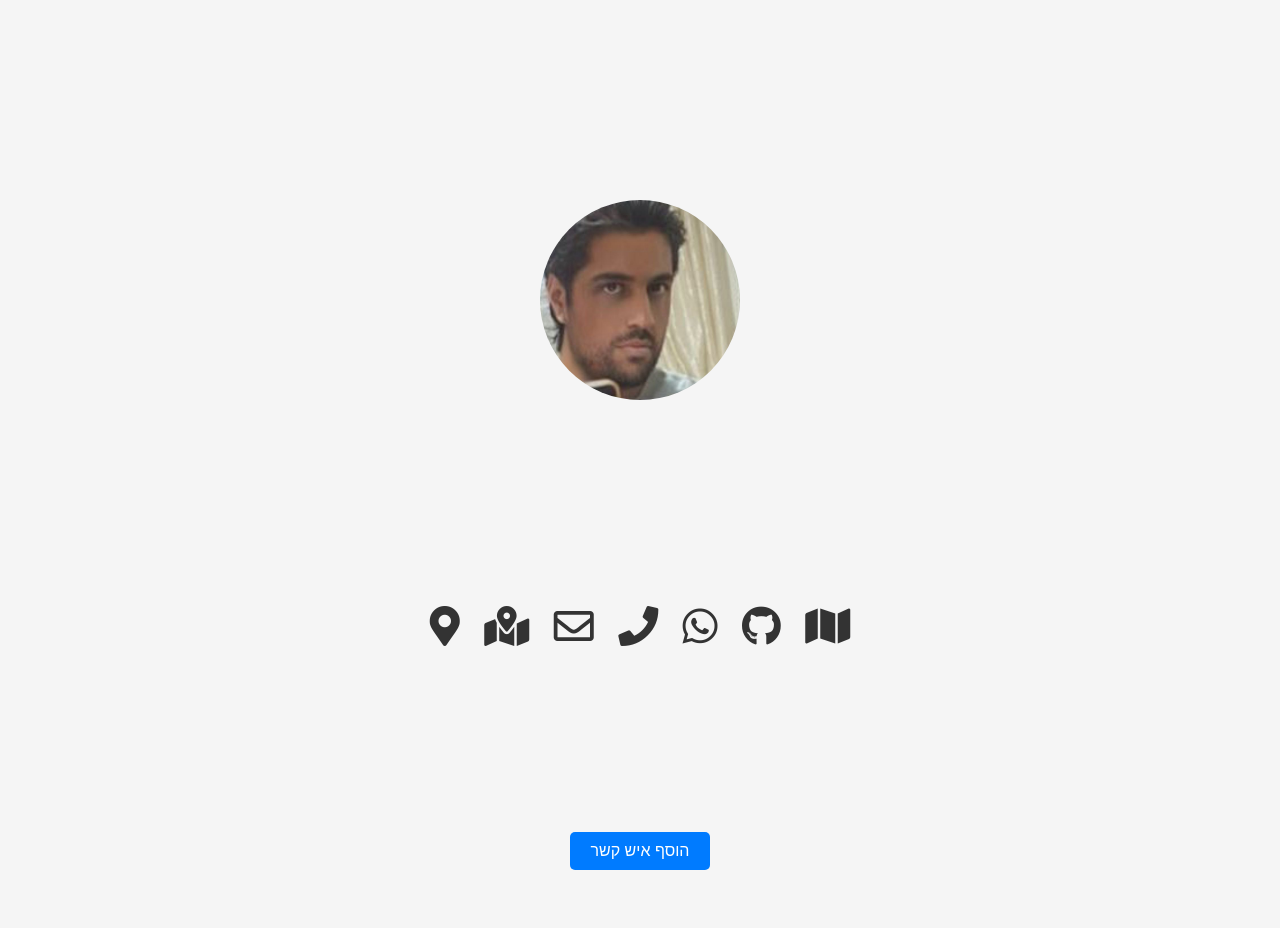
Repository: RL20/Business-Card
Page: index.html
The author's editor kept a copy of each file at every save. The page is drawn from the files as they stood at one save, then again after the next save.
The browser window is 1280 px wide. The pictures show the whole page.

Above is the page before, as saved 2024-05-15 03:33:18.

After the next save:
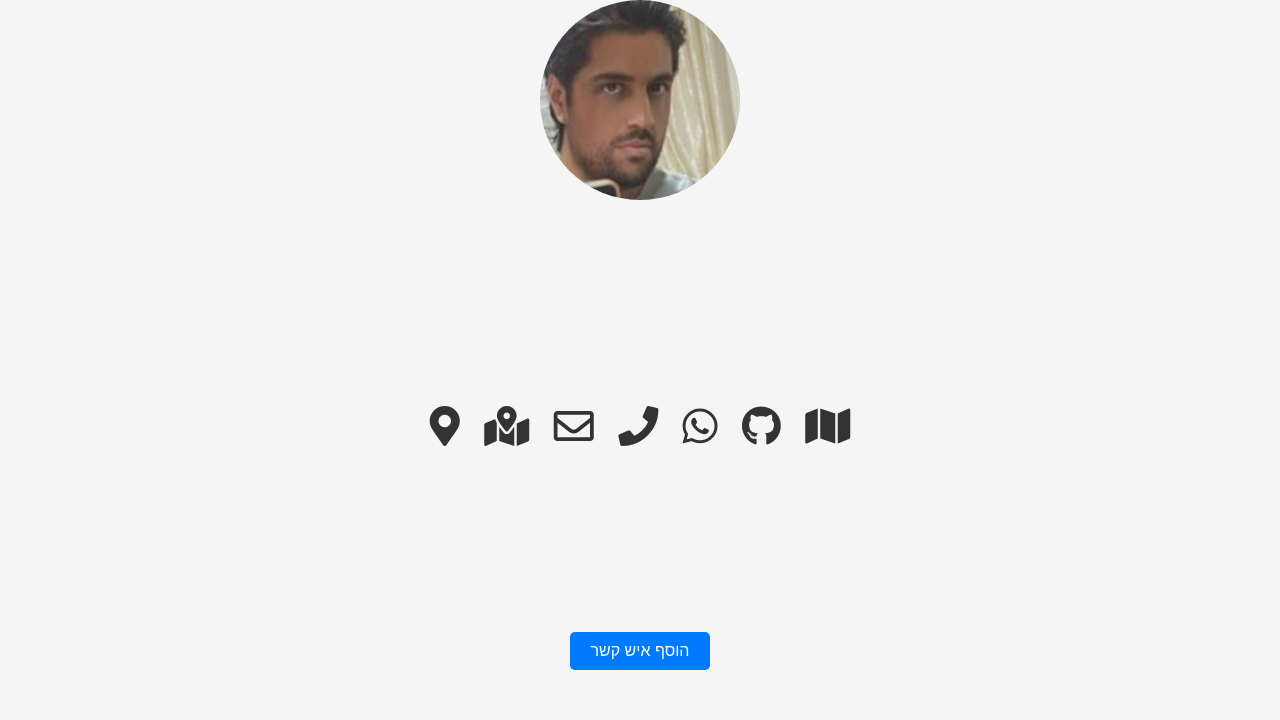
Saved 41 s later.
--- a/index.html
+++ b/index.html
@@ -8,7 +8,7 @@
     <style>
       body {
         font-family: Arial, sans-serif;
-        margin-top: 200px;
+        margin: 0;
         padding: 0;
         background-color: #f5f5f5;
         display: flex;
